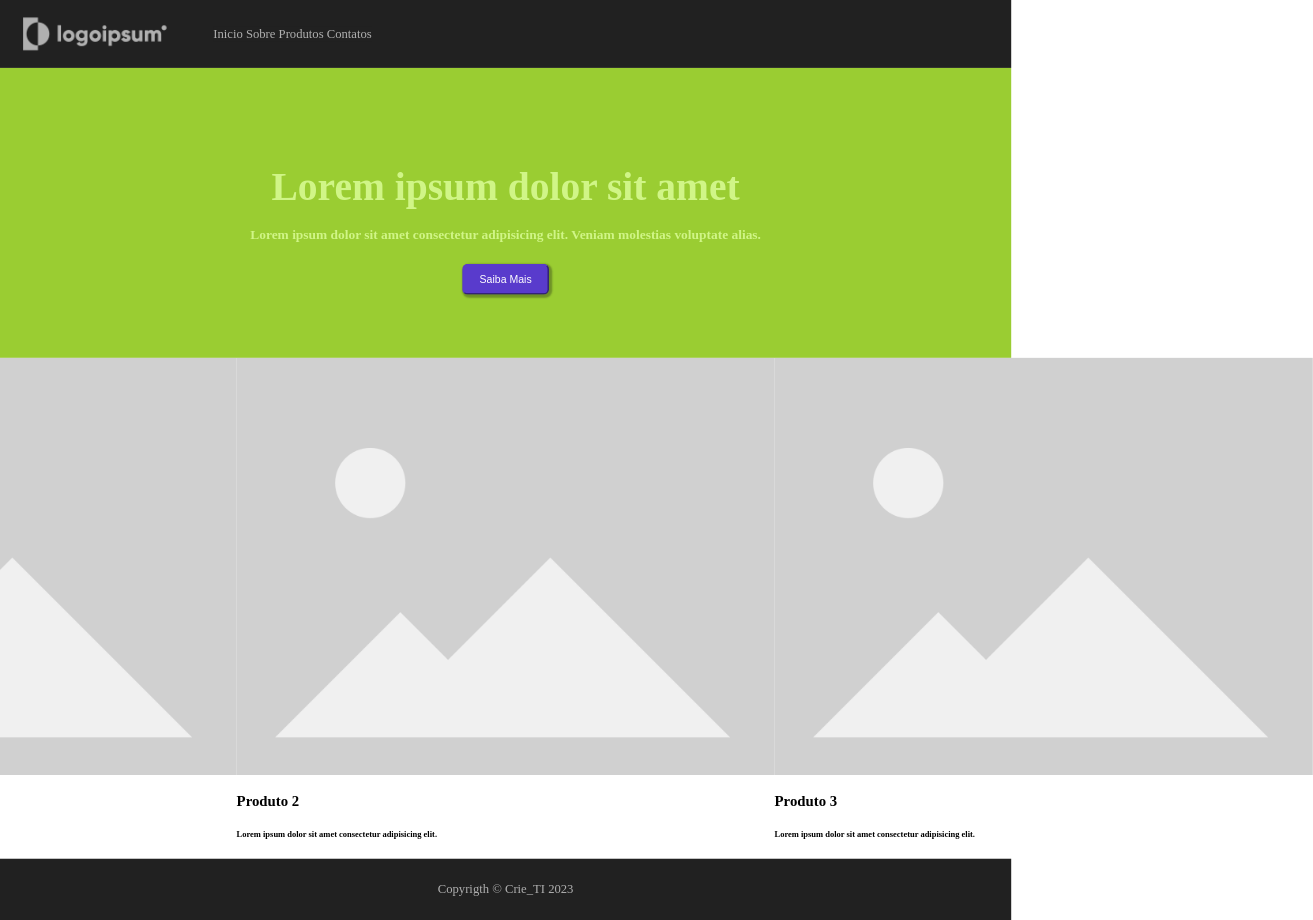
Repository: robsonwssantos/Projeto_Olaria
Page: Exercicios/ex.01/index.html
An editor plug-in stored every save of this project. The page is shown before and after the next save, followed by the edit.
The browser window is 1280 px wide. The page is 1662 px wide, then 1280 px, so the pictures cover 1662 px, including what lies to the right of the window. The pictures show the whole page, at 79% of full size.

Above is the page before, as saved 2023-04-21 11:43:10.

After the next save:
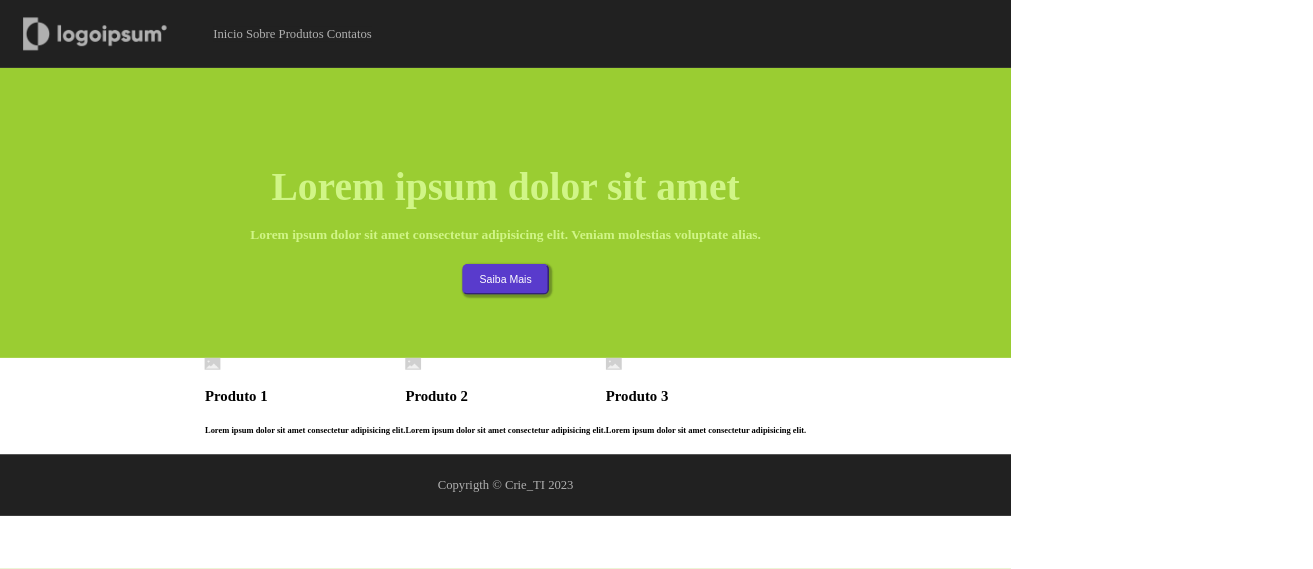
Saved 48 s later.
--- a/Exercicios/ex.01/index.html
+++ b/Exercicios/ex.01/index.html
@@ -79,6 +79,10 @@
             justify-content: center;
         }
 
+        .container img {
+            width: 20px;
+        }
+
 
         footer {
             text-align: center;
